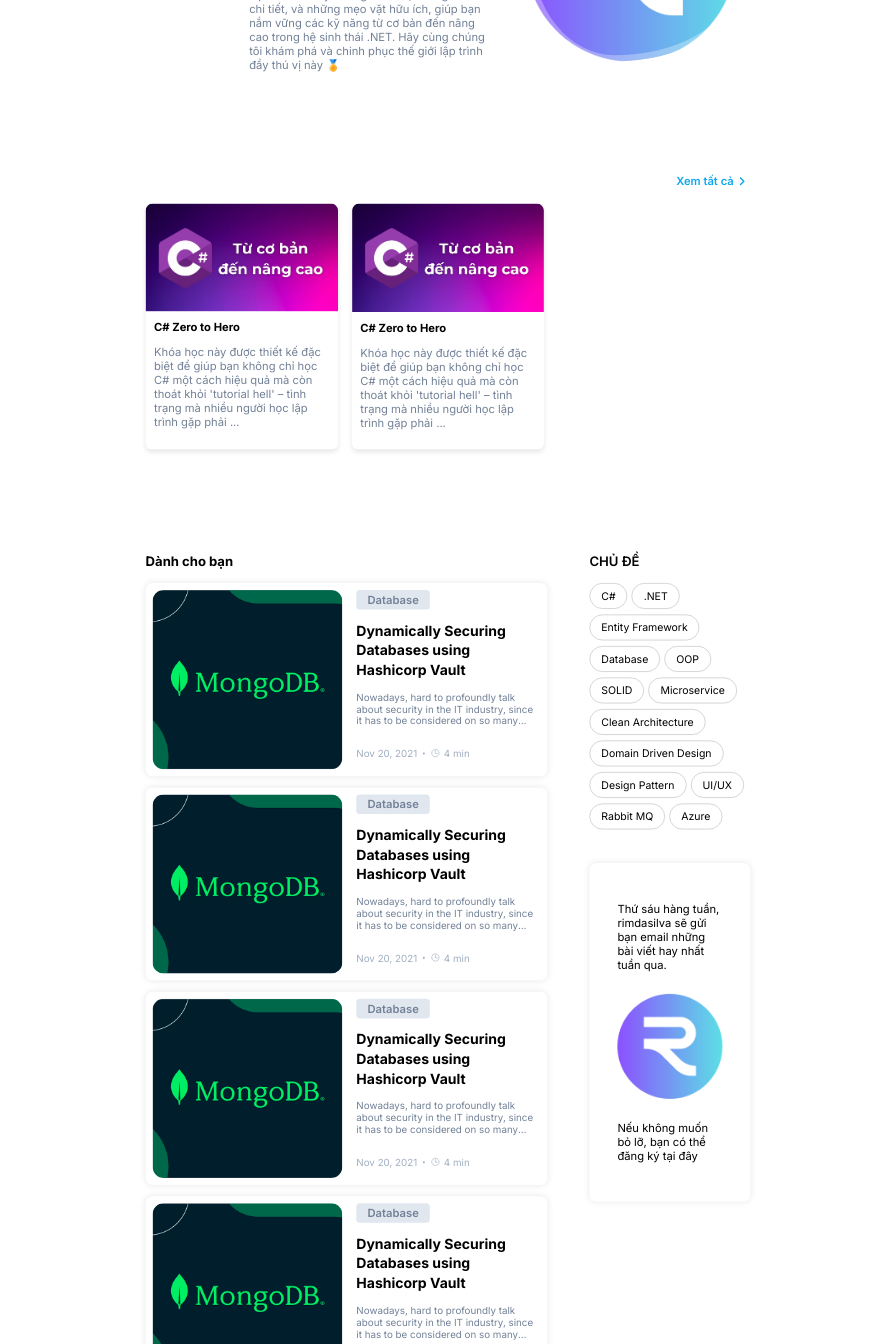
Repository: longblue2910/rimdasilva-blog-ui
Page: /
An editor plug-in stored every save of this project. The page is shown before and after a run of saves, followed by the edit.
The browser window is 1280 px wide. The pictures show the part of the page from y = 427 to 2347 px (the page is 3233 px tall before and 3248 px after), at 70% of full size.
The page's requests for data from a server got no answer. The project was rebuilt for these pictures with package versions that can differ from the ones it lists, and the page was loaded fresh each time. The framework's server and built-in components were replaced by stand-ins that run in the browser. No one was signed in, and anything a server would have sent is missing. Also part of the build but not shown: next.config.js, src/components/notification/notification.module.css, src/components/notification/Notification.tsx.

Above is the page before, as saved 2024-08-05 23:10:43.

After the next 2 saves:
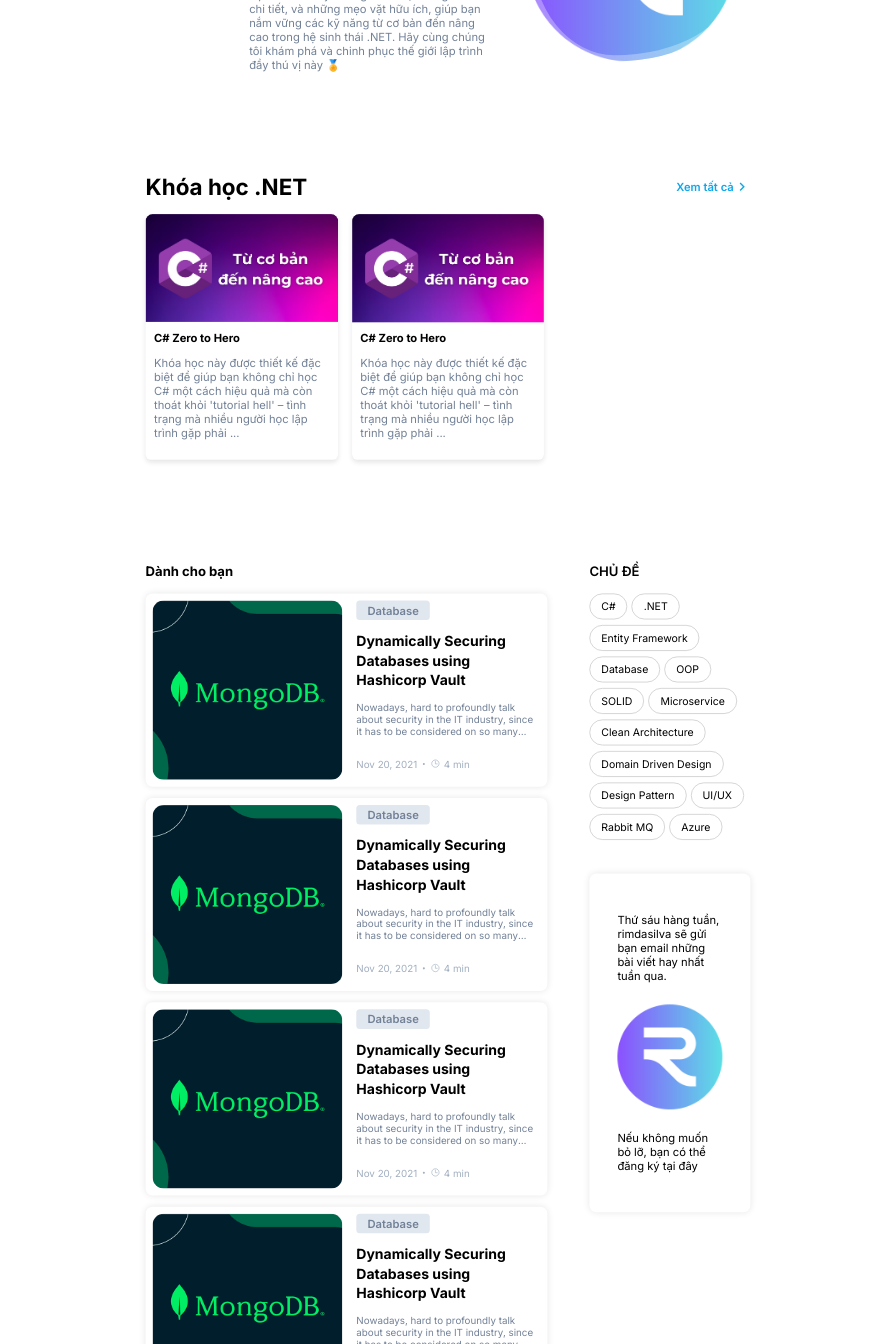
The 2 saves are shown as one change because 1 did not build or start.
The last was saved 112 s later.
--- a/src/app/page.jsx
+++ b/src/app/page.jsx
@@ -10,7 +10,7 @@
   return (
     <div className="section">
       <Hero />
-      <CardRectangleList size={2} />
+      <CardRectangleList title={"Khóa học .NET"} size={2} />
       <div className={styles.blog}>
         <BlogCardList />
         <Aside />
